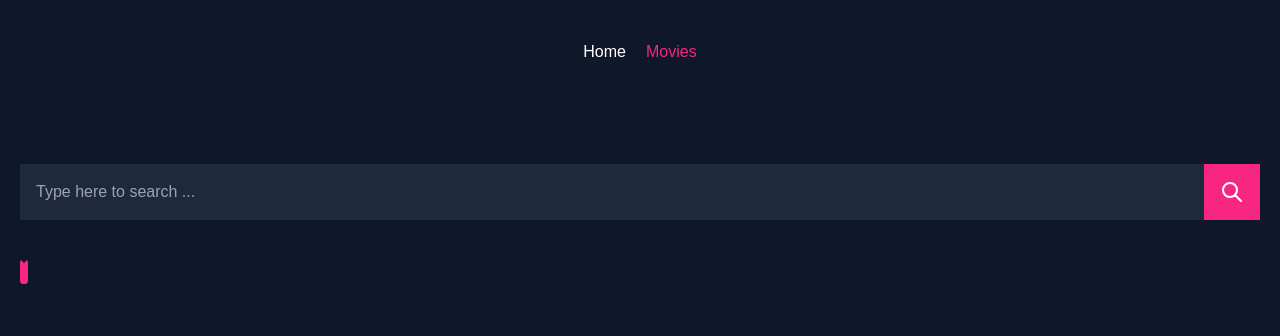
Repository: ThanhPhongsof/react-course-projects
Page: /movies (app in react-simple-movies/)
The author's editor kept a copy of each file at every save. The page is drawn from the files as they stood at one save, then again after the next save.
The browser window is 1280 px wide. The pictures show the whole page.
The page's requests for data from a server got no answer. The project was rebuilt for these pictures with package versions that can differ from the ones it lists, and the page was loaded fresh each time. No one was signed in, and anything a server would have sent is missing. Also part of the build but not shown: react-simple-movies/src/components/banner/Banner.js, react-simple-movies/src/components/movies/MovieCard.js, react-simple-movies/src/components/movies/MovieList.js, react-simple-movies/src/pages/HomePage.js, react-simple-movies/src/pages/MovieDetailsPage.js.

Above is the page before, as saved 2022-04-20 22:25:50.

After the next save:
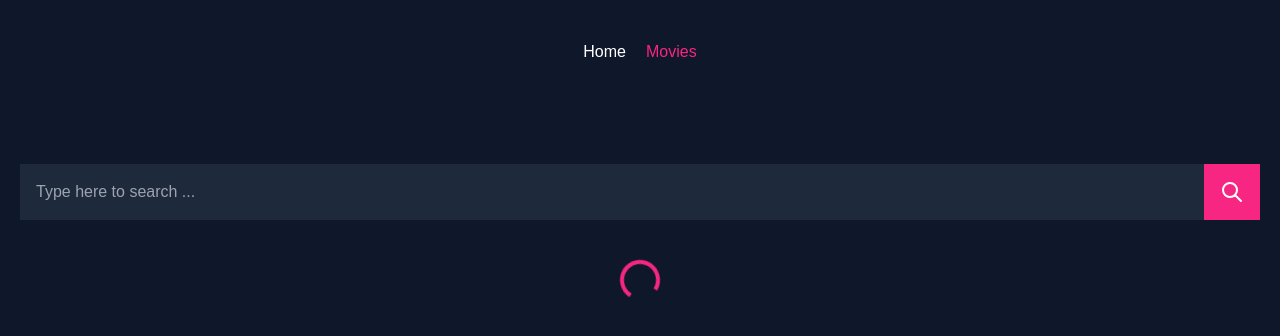
Saved 88 s later.
--- a/react-simple-movies/src/pages/MoviePage.js
+++ b/react-simple-movies/src/pages/MoviePage.js
@@ -55,7 +55,7 @@ const MoviePage = () => {
         </button>
       </div>
       {!loading && (
-        <span className="w-10 h-10 mx-auto border-4 border-t-4 rounded-full border-primary border-t-transparent animate-spin"></span>
+        <div className="w-10 h-10 mx-auto border-4 border-t-4 rounded-full border-primary border-t-transparent animate-spin"></div>
       )}
       <div className="grid grid-cols-4 gap-10">
         {!loading &&
